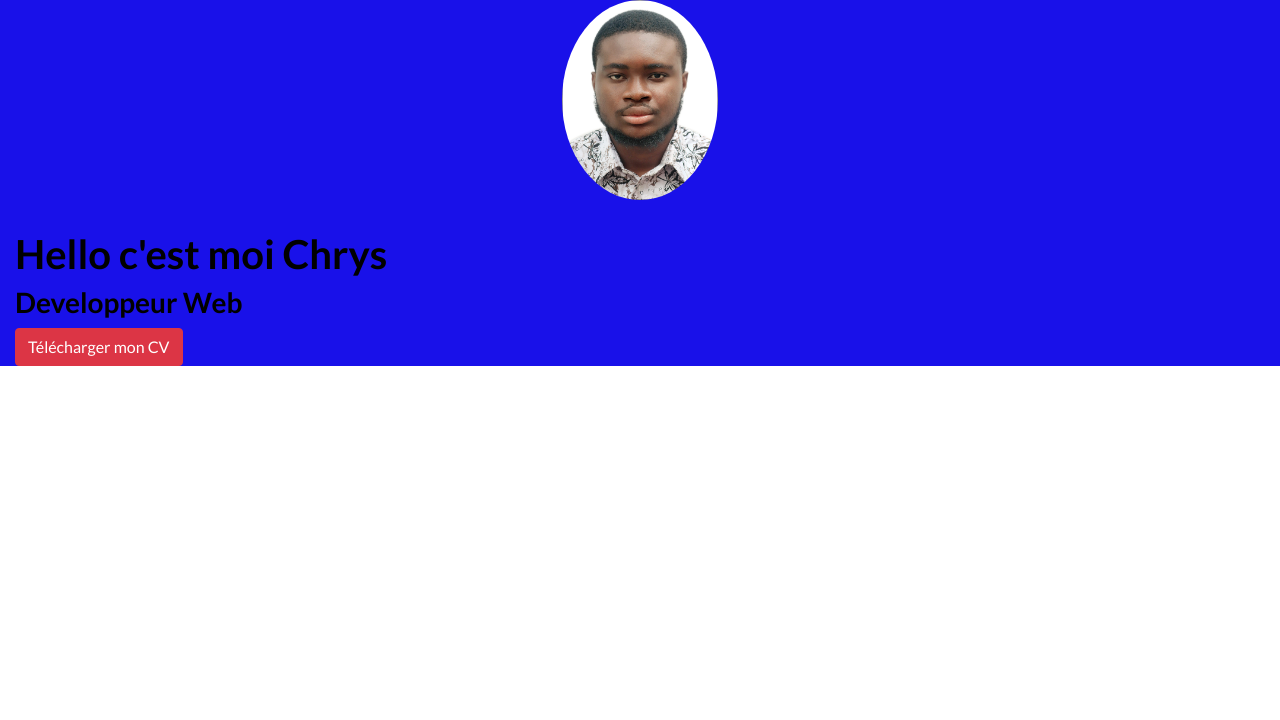
Repository: CHRYSOVR/CV_en_ligne_Interactif
Page: index.html
An editor plug-in stored every save of this project. The page is shown before and after the next save, followed by the edit.
The browser window is 1280 px wide. The pictures show the whole page.

Above is the page before, as saved 2025-07-07 15:08:19.
Console error: TypeError: Cannot read properties of undefined (reading 'fn')

### index.html
<!DOCTYPE html>
<html lang="fr">
<head>
    <meta charset="UTF-8">
    <meta name="viewport" content="width=device-width, initial-scale=1.0">
    <link rel="preconnect" href="https://fonts.googleapis.com">
<link rel="preconnect" href="https://fonts.gstatic.com" crossorigin>
<link href="https://fonts.googleapis.com/css2?family=Lato:ital,wght@0,100;0,300;0,400;0,700;0,900;1,100;1,300;1,400;1,700;1,900&display=swap" rel="stylesheet">
<link rel="stylesheet" href="https://cdn.jsdelivr.net/npm/bootstrap@4.0.0/dist/css/bootstrap.min.css" integrity="sha384-Gn5384xqQ1aoWXA+058RXPxPg6fy4IWvTNh0E263XmFcJlSAwiGgFAW/dAiS6JXm" crossorigin="anonymous">
<script src="https://cdn.jsdelivr.net/npm/bootstrap@4.0.0/dist/js/bootstrap.min.js" integrity="sha384-JZR6Spejh4U02d8jOt6vLEHfe/JQGiRRSQQxSfFWpi1MquVdAyjUar5+76PVCmYl" crossorigin="anonymous"></script>
    <link rel="stylesheet" href="css/style.css">
    <script src="js/script.js"></script>
    <title>CV SANNE-TIA</title>
</head>
<body>
  <section id="about" class="container-fluid">
    <div class="profile-picture" ><img src="images/Me.JPG" alt="photo sanne-tia" class="rounded-circle"height="200"></div>
    <h1>Hello c'est moi Chrys</h1 >
     <h3>Developpeur Web</h3>
     <a href="documents/CV_Sanne-Tia.pdf" class="btn btn-danger" target="_blank">Télécharger mon CV</a>
  </div>
    </section>
</body>
</html>

### css/style.css
/*GENERAL*/

body{
    font-family: 'Lato', sans-serif;

}
h1,h2,h3,h4,h5,h6{
    font-weight: bold;
    color:black;
}
/*ABOUT*/
#about{
    background-color: #1911e9;

}
.profile-picture{
    text-align: center;
    margin: 0 auto 30px;

}

Loaded but not shown: js/script.js (no stored copy; drawn as an empty file)

After the next save:
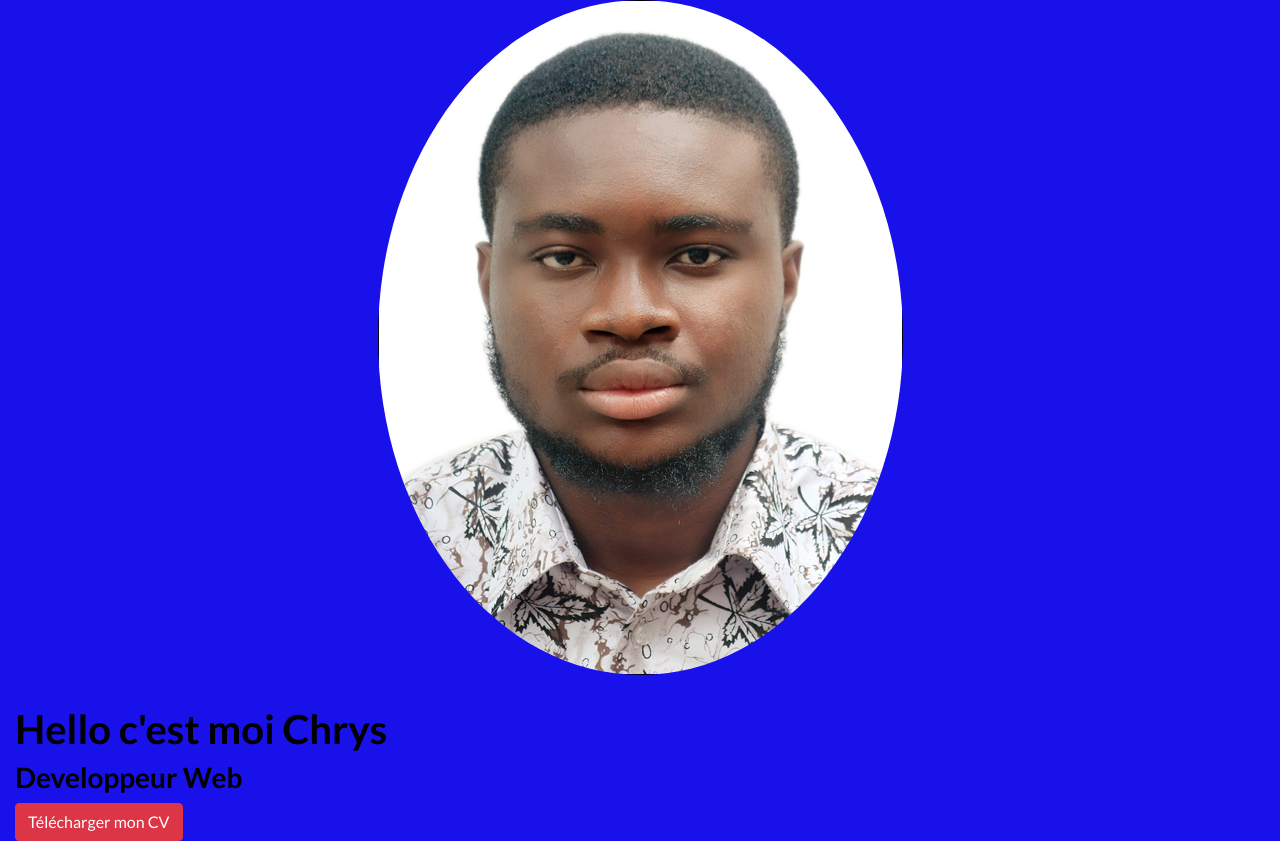
Saved 17 s later.
--- a/index.html
+++ b/index.html
@@ -14,7 +14,7 @@
 </head>
 <body>
   <section id="about" class="container-fluid">
-    <div class="profile-picture" ><img src="images/Me.JPG" alt="photo sanne-tia" class="rounded-circle"height="200"></div>
+    <div class="profile-picture" ><img src="images/Me.JPG" alt="photo sanne-tia" class="rounded-circle"></div>
     <h1>Hello c'est moi Chrys</h1 >
      <h3>Developpeur Web</h3>
      <a href="documents/CV_Sanne-Tia.pdf" class="btn btn-danger" target="_blank">Télécharger mon CV</a>
